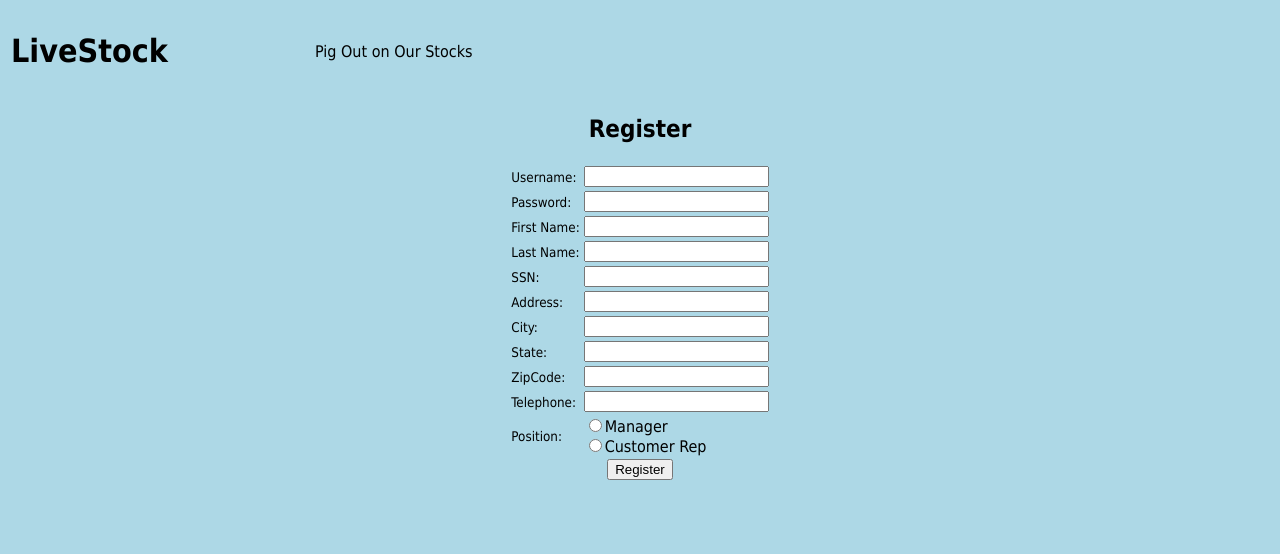
Repository: yastapova/live-stock
Page: LiveStockSite/WebContent/WEB-INF/register_emp.html
These files come from the project's save history. The page is drawn as it stood at one moment and after a run of saves; the edit follows.
The browser window is 1280 px wide. The pictures show the whole page.

Above is the page before, as saved 2016-04-15 22:10:02.

### LiveStockSite/WebContent/WEB-INF/register_emp.html
<!DOCTYPE html>
<html>
<head>
<meta charset="ISO-8859-1">
	<title>LiveStock Trading - Register</title>
	<style>
		body {
			background-color: lightblue;
			font-family: Tahoma;
		}
		.formlabel {
			font-size: 10pt;
		}
	</style>
</head>
<body>
	<div class="header">
	<table>
		<tr>
			<td width='300px'><h1>LiveStock</h1></td>
			<td width='300px'><p>Pig Out on Our Stocks</p></td>
		</tr>
	</table>
	</div>

	<div class="body" align="center">
		<h2>Register</h2>
		<form>
			<table>
				<tr>
					<td><span class="formlabel">Username:</span></td>
					<td><input id="usrn" name="username" type="text" /></td>
				</tr>
				<tr>
					<td><span class="formlabel">Password:</span></td>
					<td><input id="pw" name="password" type="password" /></td>
				</tr>
				<tr>
					<td><span class="formlabel">First Name:</span></td>
					<td><input id="fname" name="first_name" type="text" /></td>
				</tr>
				<tr>
					<td><span class="formlabel">Last Name:</span></td>
					<td><input id="lname" name="last_name" type="text" /></td>
				</tr>
				<tr>
					<td><span class="formlabel">SSN:</span></td>
					<td><input id="ssn" name="ssn" type="text" /></td>
				</tr>
				<tr>
					<td><span class="formlabel">Address:</span></td>
					<td><input id="addr" name="address" type="text" /></td>
				</tr>
				<tr>
					<td><span class="formlabel">City:</span></td>
					<td><input id="city" name="city" type="text" /></td>
				</tr>
				<tr>
					<td><span class="formlabel">State:</span></td>
					<td><input id="state" name="state" type="text" /></td>
				</tr>
				<tr>
					<td><span class="formlabel">ZipCode:</span></td>
					<td><input id="zip" name="zipcode" type="text" /></td>
				</tr>
				<tr>
					<td><span class="formlabel">Telephone:</span></td>
					<td><input id="phone" name="phone" type="text" /></td>
				</tr>
				<tr>
					<td><span class="formlabel">Position:</span></td>
					<td><input id="pos_man" name="position" type="radio" value="manager"/>Manager<br />
					<input id="pos_rep" name="position" type="radio" value="cust_rep"/>Customer Rep</td>
				</tr>
			</table>
			<input type="submit" value="Register">
		</form>
	</div>

	<div class="footer">
	</div>
</body>
</html>

After the next 2 saves:
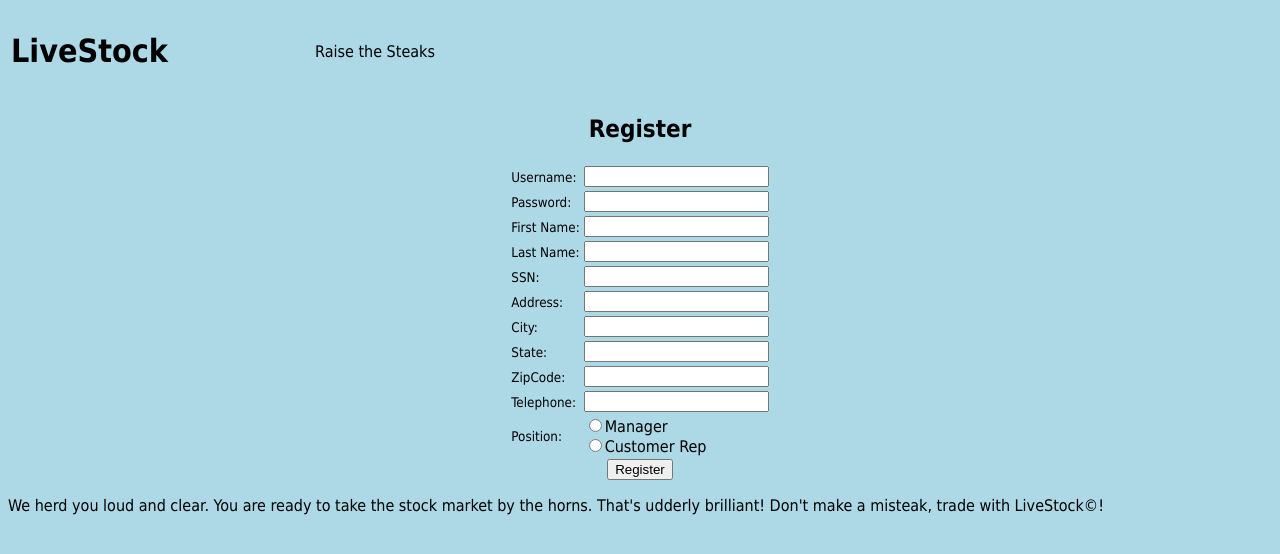
The 2 saves are shown as one change because they came seconds apart.
The last was saved 54 s later.
--- a/LiveStockSite/WebContent/WEB-INF/register_emp.html
+++ b/LiveStockSite/WebContent/WEB-INF/register_emp.html
@@ -11,6 +11,9 @@
 		.formlabel {
 			font-size: 10pt;
 		}
+		.header {
+			align: center;
+		}
 	</style>
 </head>
 <body>
@@ -18,7 +21,7 @@
 	<table>
 		<tr>
 			<td width='300px'><h1>LiveStock</h1></td>
-			<td width='300px'><p>Pig Out on Our Stocks</p></td>
+			<td width='300px'><p>Raise the Steaks</p></td>
 		</tr>
 	</table>
 	</div>
@@ -78,6 +81,7 @@
 	</div>
 
 	<div class="footer">
+	<p>We herd you loud and clear. You are ready to take the stock market by the horns. That's udderly brilliant! Don't make a misteak, trade with LiveStock&copy;!</p>
 	</div>
 </body>
 </html>
